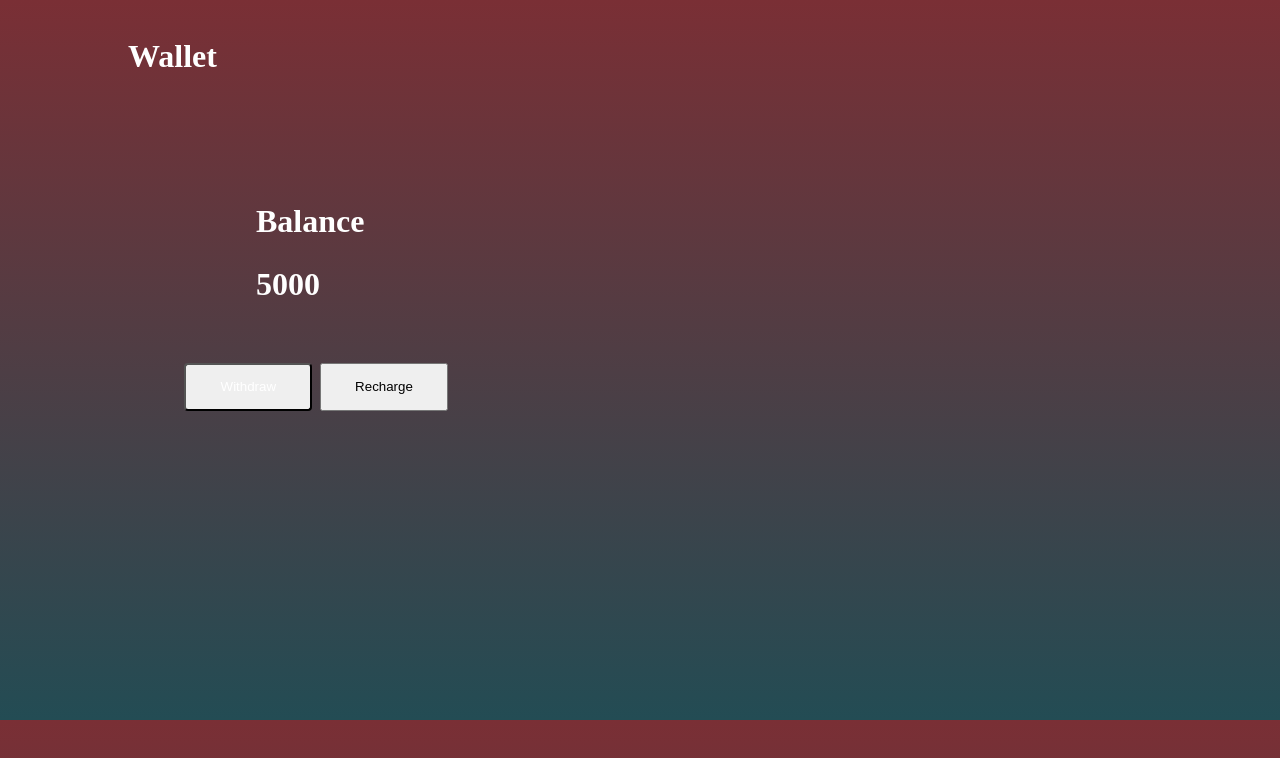
Repository: jagan607/N-Kalari
Page: /
An editor plug-in stored every save of this project. The page is shown before and after the next save, followed by the edit.
The browser window is 1280 px wide. The pictures show the whole page.
The project was rebuilt for these pictures with package versions that can differ from the ones it lists, and the page was loaded fresh each time. Also part of the build but not shown: src/App.css, src/helpers/firebase.js, src/components/Login/Login.js.

Above is the page before, as saved 2022-01-07 17:43:07.

After the next save:
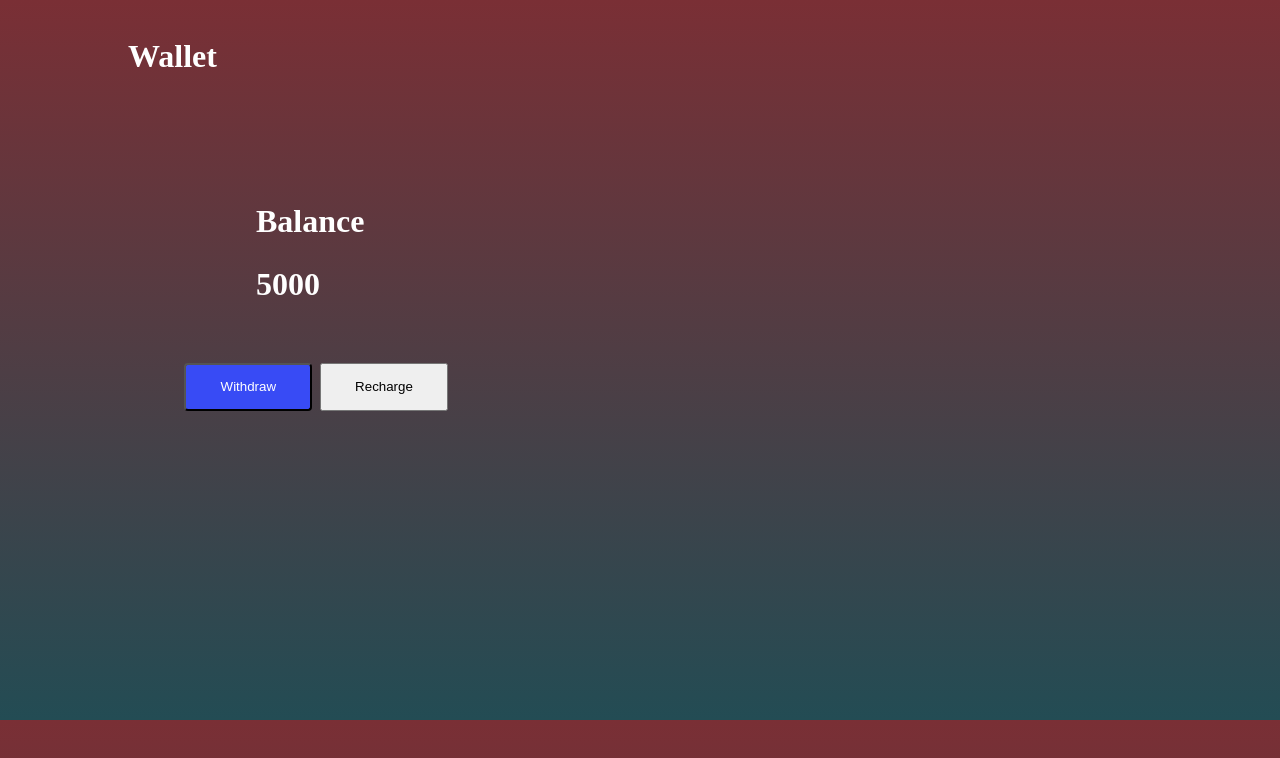
Saved 6 s later.
--- a/src/components/wallet/index.css
+++ b/src/components/wallet/index.css
@@ -30,7 +30,7 @@
     margin-right: 2%;
     width: 8rem;
     height: 3rem;
-    background-image: #384BF5;
+    background: #384BF5;
     border-radius: 4px;
     color: white;
 
